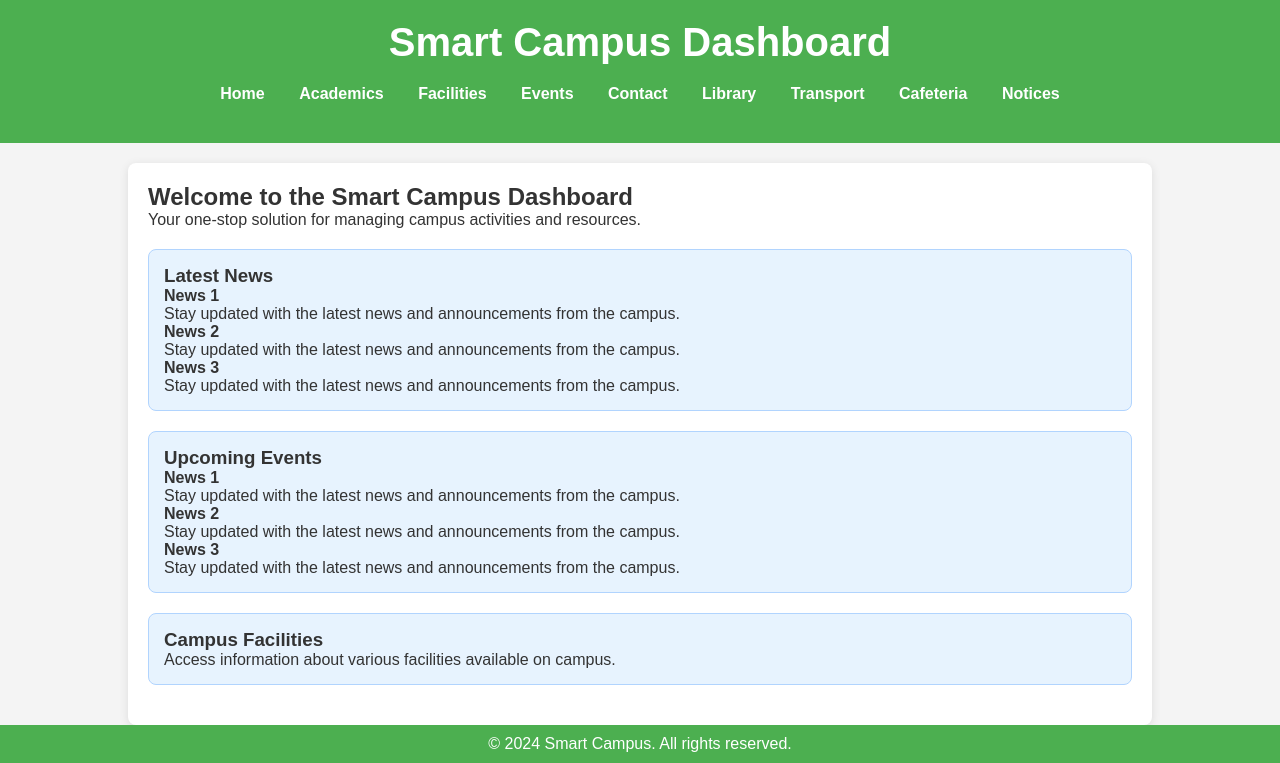
Repository: TejasS1233/MINITHON-hackathon-project
Page: Omar.html
The author's editor kept a copy of each file at every save. The page is drawn from the files as they stood at one save, then again after the next save.
The browser window is 1280 px wide. The pictures show the whole page.

Above is the page before, as saved 2024-09-20 08:57:43.

### Omar.html
<!DOCTYPE html>
<html lang="en">
<head>
    <meta charset="UTF-8">
    <meta name="viewport" content="width=device-width, initial-scale=1.0">
    <title>Smart Campus Dashboard</title>
    <link rel="stylesheet" href="styles.css">
    <style>
        body {
            font-family: Arial, sans-serif;
            background-color: #f4f4f4;
            margin: 0;
            padding: 0;
        }
        header {
            background-color: #4CAF50;
            color: white;
            padding: 20px;
            text-align: center;
        }
        nav {
            margin: 20px 0;
        }
        nav a {
            margin: 0 15px;
            color: #ffffff;
            font-weight: bold;
            text-decoration: none;
        }
        .container {
            width: 80%;
            margin: auto;
            padding: 20px;
            background: white;
            border-radius: 8px;
            box-shadow: 0 2px 10px rgba(0, 0, 0, 0.1);
        }
        .card {
            background: #e7f3fe;
            border: 1px solid #b1d4fe;
            border-radius: 8px;
            margin: 20px 0;
            padding: 15px;
        }
        footer {
            text-align: center;
            padding: 10px 0;
            background-color: #4CAF50;
            color: white;
            position: relative;
            bottom: 0;
            width: 100%;
        }
    </style>
</head>
<body>

<header>
    <h1>Smart Campus Dashboard</h1>
    <nav>
        <a href="#">Home</a>
        <a href="#">Academics</a>
        <a href="#">Facilities</a>
        <a href="#">Events</a>
        <a href="#">Contact</a>
        <a href="#">Library</a>
        <a href="#">Transport</a>
        <a href="#">Cafeteria</a>
        <a href="#">Notices</a>
    </nav>
</header>

<div class="container">
    <h2>Welcome to the Smart Campus Dashboard</h2>
    <p>Your one-stop solution for managing campus activities and resources.</p>

    <div class="card">
        <h3>Latest News</h3>
        <h4>News 1</h4>
        <p>Stay updated with the latest news and announcements from the campus.</p>
        <h4>News 2</h4>
        <p>Stay updated with the latest news and announcements from the campus.</p>
        <h4>News 3</h4>
        <p>Stay updated with the latest news and announcements from the campus.</p>
    </div>

    <div class="card">
        <h3>Upcoming Events</h3>
        <h4>News 1</h4>
        <p>Stay updated with the latest news and announcements from the campus.</p>
        <h4>News 2</h4>
        <p>Stay updated with the latest news and announcements from the campus.</p>
        <h4>News 3</h4>
        <p>Stay updated with the latest news and announcements from the campus.</p>
    </div>

    <div class="card">
        <h3>Campus Facilities</h3>
        <p>Access information about various facilities available on campus.</p>
    </div>
</div>

<footer>
    <p>&copy; 2024 Smart Campus. All rights reserved.</p>
</footer>

</body>
</html>

### styles.css
* {
    margin: 0;
    padding: 0;
    box-sizing: border-box;
}

body {
    font-family: 'Arial', sans-serif;
    background-color: white;
    color: #333;
    padding: 20px;
}


header {
    background-color: turquoise;
    color: white;
    padding: 20px 0;
    text-align: center;
    margin-bottom: 20px;
}

header h1 {
    font-size: 2.5em;
}


.announcement {
    background-color: rgb(220, 64, 7);
    padding: 20px;
    border-radius: 5px;
    box-shadow: 0 2px 10px rgba(0, 0, 0, 0.5);
    margin-bottom: 20px;
}

.announcement h2 {
    font-size: 2em;
    margin-bottom: 15px;
}

.announcement p {
    margin-bottom: 10px;
    font-size: 1.1em;
}

.cta-button {
    display: inline-block;
    background-color: #4CAF50;
    color: white;
    padding: 10px 20px;
    text-decoration: none;
    border-radius: 5px;
    margin-top: 10px;
    font-weight: bold;
}

.cta-button:hover {
    background-color: #45a049;
}


footer {
    text-align: center;
    padding: 20px 0;
    background-color: #333;
    color: white;
    position: fixed;
    width: 100%;
    bottom: 0;
}

After the next save:
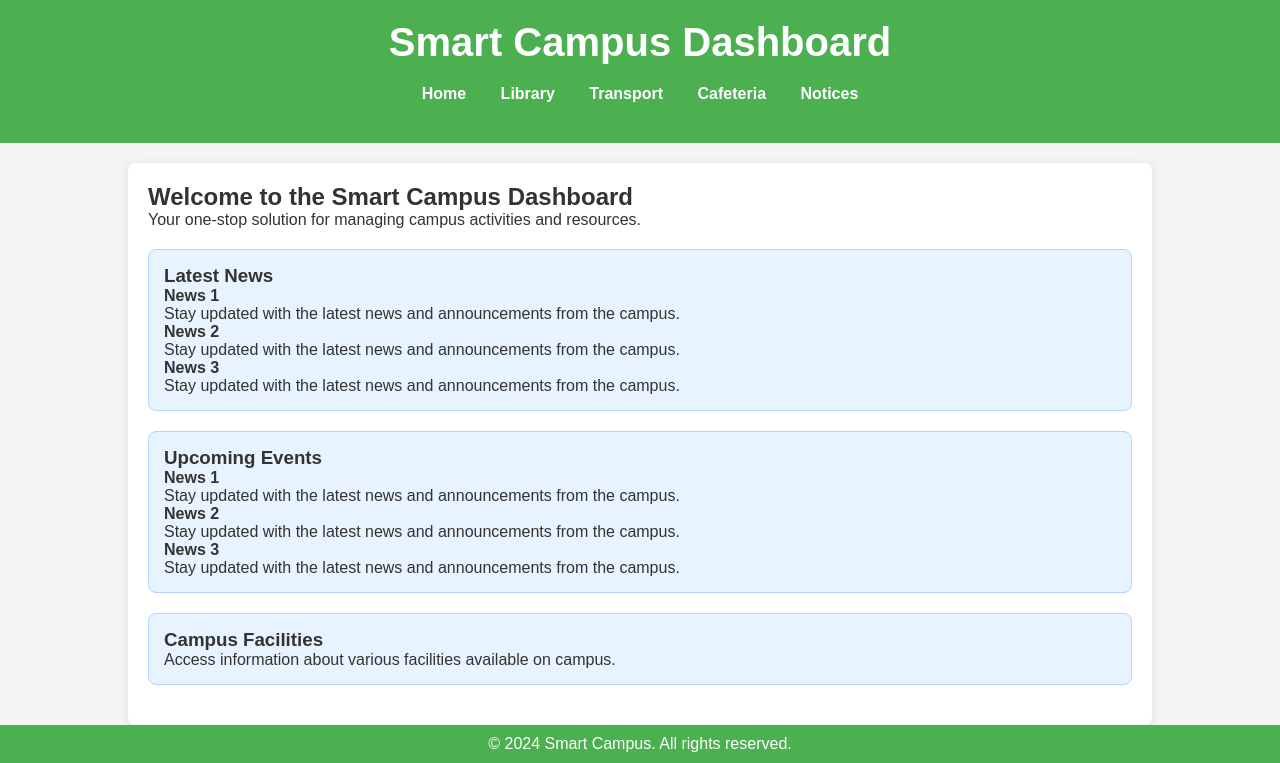
Saved 17 s later.
--- a/Omar.html
+++ b/Omar.html
@@ -59,10 +59,6 @@
     <h1>Smart Campus Dashboard</h1>
     <nav>
         <a href="#">Home</a>
-        <a href="#">Academics</a>
-        <a href="#">Facilities</a>
-        <a href="#">Events</a>
-        <a href="#">Contact</a>
         <a href="#">Library</a>
         <a href="#">Transport</a>
         <a href="#">Cafeteria</a>
